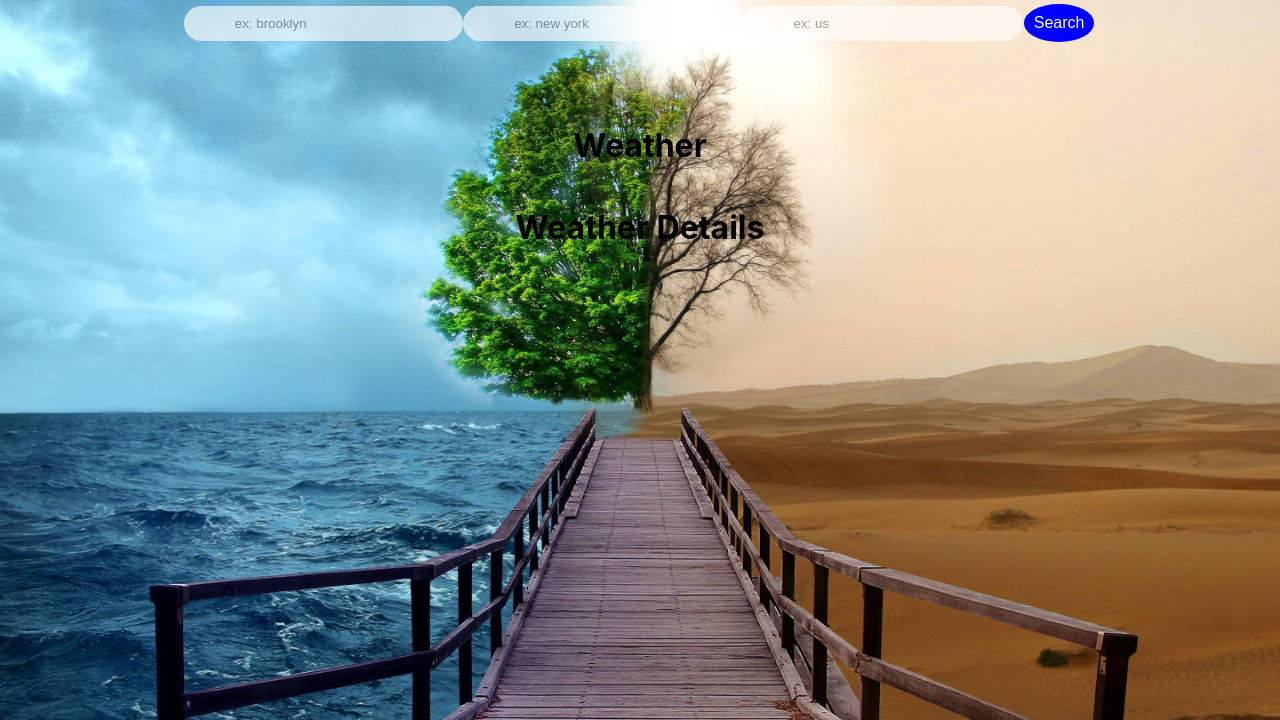
Repository: Mohsin231/Weather_App
Page: /
These files come from the project's save history. The page is drawn as it stood at one moment and after the next save; the edit follows.
The browser window is 1280 px wide. The pictures show the whole page.
The project was rebuilt for these pictures with package versions that can differ from the ones it lists, and the page was loaded fresh each time.

Above is the page before, as saved 2021-01-25 04:24:28.

### src/App.js
import React, { useState } from 'react'
import Weather from './Components/Weather'
import WeatherDetails from './Components/WeatherDetails'
import SearchForm from './Components/SearchForm'
import { Route } from 'react-router-dom';
import './App.css';


function App() {

  const [data, setData] = useState({
    city:"",
    state:"",
    country:""
  })

  const [weatherData, setWeatherData] = useState(null);

  const [weatherDetails, setWeatherDetails] = useState(null);



  function handleChange(event) {
    setData({...data, [event.target.id]:event.target.value})
    console.log(data)

    }



  return (
    <>

    <div className="App">
      <SearchForm
      handleChange={handleChange}
      data={data}
      setData={setData}
      setWeatherData={setWeatherData}
      setWeatherDetails={setWeatherDetails}
      />

<Route path="/" exact component={() => <Weather data={data} setData={setData} weatherData={weatherData}  />} />
<Route path="/" exact component={() => <WeatherDetails data={data} setData={setData} weatherDetails={weatherDetails} />} />




    </div>
    </>

  );
}

export default App;

### src/Components/Weather.js
import React, { useState, useEffect } from "react";
import WeatherDetails from "../Components/WeatherDetails";
import '../Weather.css';


const Weather = ({ data, setData, weatherData }) => {
  const [action, setAction] = useState("");

  return (
      <div className="main">
        <h1>Weather</h1>

        {weatherData &&
        (
          <div className="city-container">

            <div className="city">
            <h2 className="city-name">
              <span>{weatherData.name}, {weatherData.sys.country}</span>
            </h2>

            <div className="city-temp">
              {Math.round(weatherData.main.temp)}
              <sup>&deg;F</sup>
            </div>

            <div className="icon">
              <img className="city-icon" src={`https://openweathermap.org/img/wn/${weatherData.weather[0].icon}@2x.png`} alt={weatherData.weather[0].description} />
              <p>{weatherData.weather[0].description}</p>
            </div>
            </div>

            <button onClick = {() => {setAction("moreDetails")}} id="moreDetails">Show more details...</button>
            </div>


)
}
      {
        action === "moreDetails"
        &&
        <WeatherDetails/>
      }
      </div>

    );
}

export default Weather;
//extracts information



// {weatherData && (
//   <div className="city"
//   <h2 className="city">
//     <span>{weatherData.name}, {weatherData.sys.country}</span>
//   </h2>

// <div className="city-temp">
//   {Math.round(weatherData.main.temp)}
//   <sup>&deg;F</sup>
// </div>

// <div className="city-icon">
// <img className="weather-icon" src={`http://openweathermap.org/img/wn/${weatherData.weather[0].icon}@2x.png`} alt={weatherData.weather[0].description} />
// <p>{weatherData.weather[0].description}</p>
// </div>

// </div>

// )}

// </div>
// </>

### src/Components/WeatherDetails.js
import React, { useState, useEffect } from "react";
import '../WeatherDetails.css';

const WeatherDetails = ({data, setData, weatherDetails }) => {

  return (
    <div className="main">
      <h1>Weather Details</h1>

      {weatherDetails &&
      (
        <div className="moreInfo">
          <h2>Feels Like: {weatherDetails.main.feels_like}</h2>
          <h2>Min: {weatherDetails.main.temp_min}, Max:{weatherDetails.main.temp_max}</h2>
          <h2>Humidity: {weatherDetails.main.humidity}</h2>
          <h2>Wind Speed: {weatherDetails.wind.speed}</h2>
          </div>

)
}

    </div>

  );
}

export default WeatherDetails;
//displays details of weather

### src/Components/SearchForm.js
import React, {useEffect} from 'react';
import '../SearchForm.css';
//search


  // Destructure props object
  function SearchForm({handleChange, data, setData, setWeatherData, setWeatherDetails }) {


    const getData = () => {

      let url = `http://api.openweathermap.org/data/2.5/weather?q=${data.city},${data.state},${data.country}&units=imperial&appid=${process.env.REACT_APP_ONEDAY}`

    fetch(url)
      .then(res => res.json())
      .then(res => {
        console.log(res)
        setWeatherData(res);
        setWeatherDetails(res)
      })
      .catch(err => {
        console.error(err);
      });}

  function handleSubmit(event) {
    event.preventDefault();
    getData();
  }

    return (
      <form onSubmit={handleSubmit} className="searchForm">
        <input
          className="search"
          id="city"
          placeholder="ex: brooklyn"
          type="text"
          name="searchString"
          required
          onChange={handleChange}
          value={data.city}
        />
        <input
        className="search"
          id="state"
          placeholder="ex: new york"
          type="text"
          name="searchString"
          required
          onChange={handleChange}
          value={data.state}
        />
        <input
        className="search"
          id="country"
          placeholder="ex: us"
          type="text"
          name="searchString"
          required
          onChange={handleChange}
          value={data.country}
        />
        <button className="button">Search</button>
      </form>
    );
  }
  export default SearchForm;

### src/App.css
.App {
  text-align: center;

}

body {
  background: url("./images/weatherBackground.jpg");
  background-size: cover;
  background-repeat: no-repeat;
}

### src/Weather.css

.main {
    height: 100%;
    display: flex;
    justify-content: center;
    align-items: center;
    flex-direction: column;
  }

  .city {
    padding: 40px, 40px, 60px, 60px;
    border-radius: 25px;
    background: rgba(235, 230, 230, 0.85);
}

#moreDetails {
    margin-top: 100px;
}

### src/WeatherDetails.css
.more-info {
    padding: 40px, 40px, 60px, 60px;
    border-radius: 25px;
    background: rgba(235, 230, 230, 0.85);

}
.main {
    height: 100%;
    display: flex;
    justify-content: center;
    align-items: center;
    flex-direction: column;
  }

### src/SearchForm.css
.search {
    outline: none;
    padding: 10px 4%;
    border-radius: 20px;
    border: none;
    margin-bottom: 5%;
    opacity: 0.65;
}
.button {
    background-color: blue;;
    border: none;
    color: white;
    padding: 10px;
    text-align: center;
    text-decoration: none;
    display: inline-block;
    font-size: 16px;
    margin: 4px 2px;
    border-radius: 80%;
  }

Loaded but not shown: public/index.html (common file); src/index.js (common file); src/index.css (common file); src/reportWebVitals.js (common file)

After the next save:
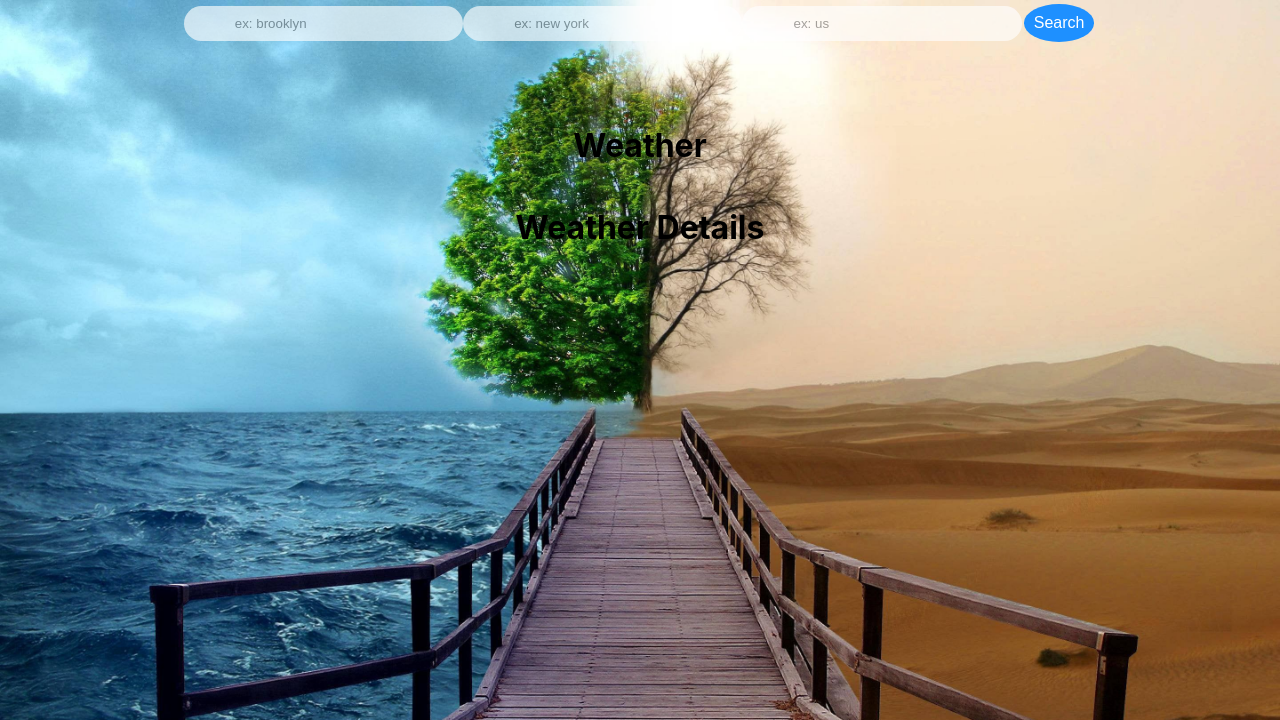
Saved 19 s later.
--- a/src/SearchForm.css
+++ b/src/SearchForm.css
@@ -7,7 +7,7 @@
     opacity: 0.65;
 }
 .button {
-    background-color: blue;;
+    background-color: dodgerblue;
     border: none;
     color: white;
     padding: 10px;
